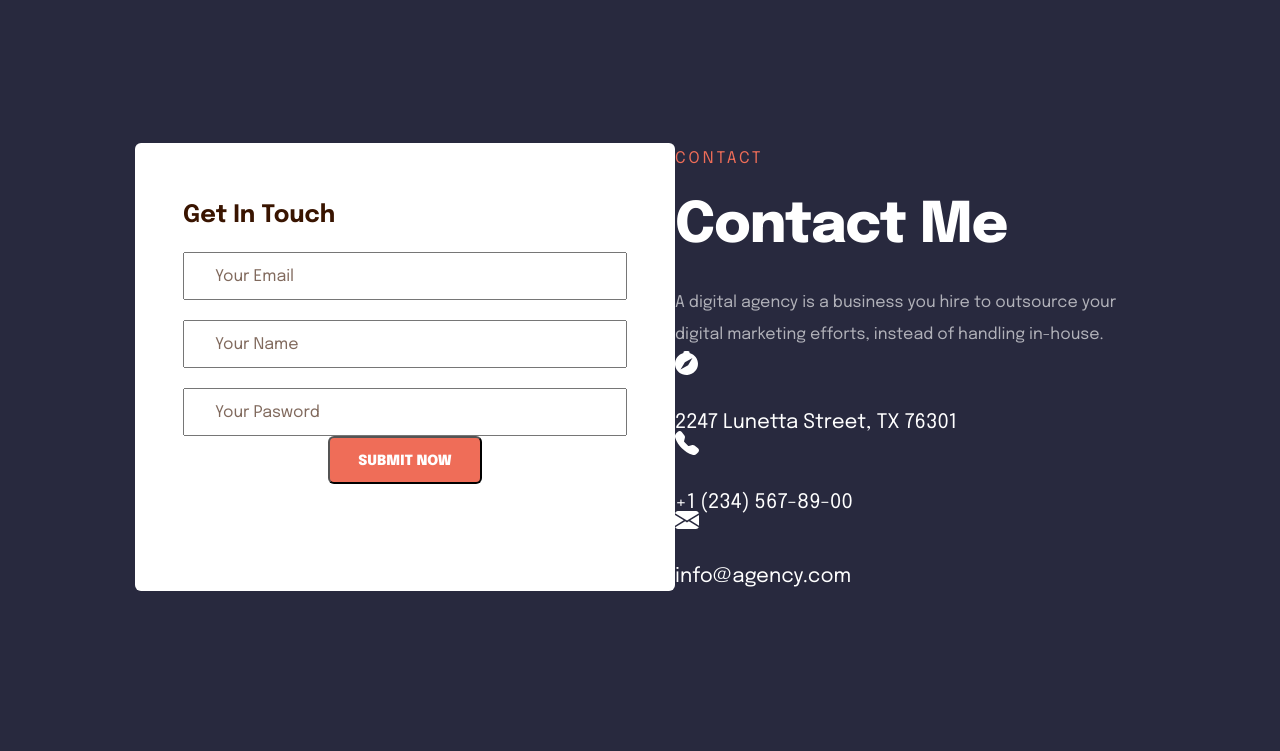
Repository: MehdiKerimov/Figma-Task-14
Page: index.html
These files come from the project's save history. The page is drawn as it stood at one moment and after the next save; the edit follows.
The browser window is 1280 px wide. The pictures show the whole page.

Above is the page before, as saved 2023-10-07 15:30:28.

After the next save:
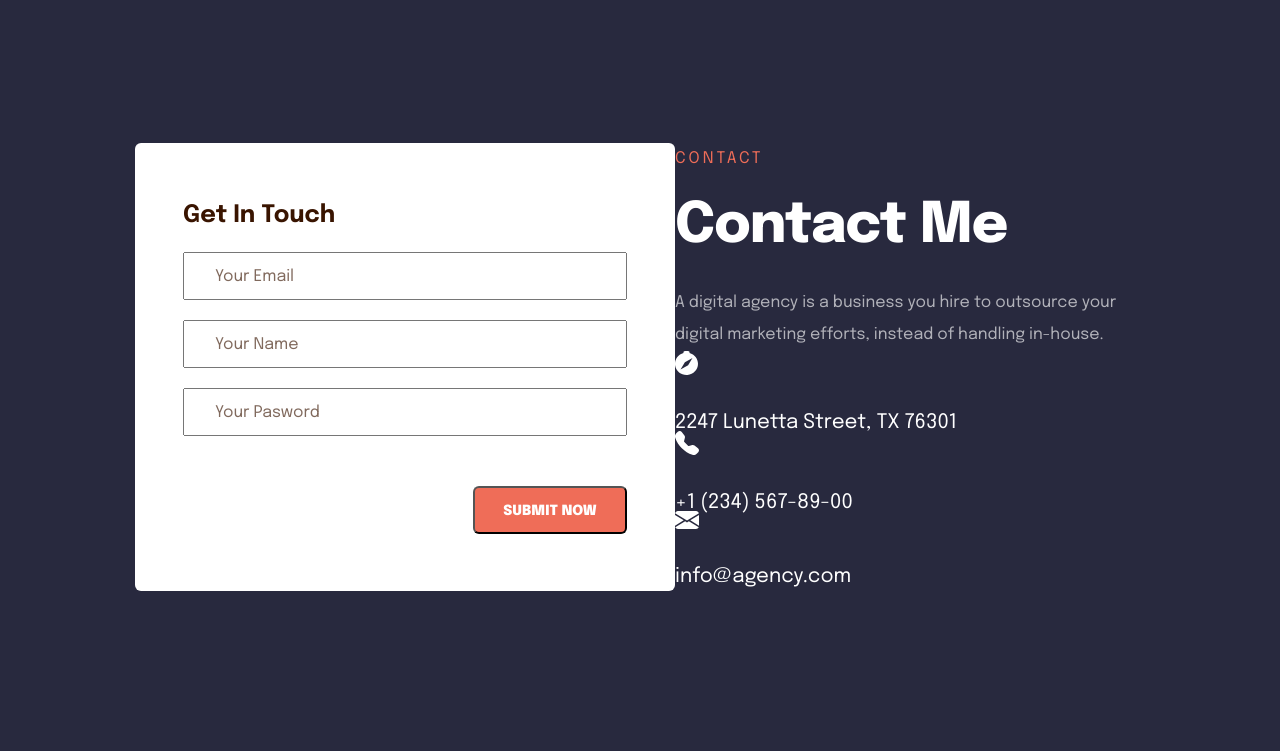
Saved 7 s later.
--- a/index.css
+++ b/index.css
@@ -52,7 +52,8 @@ input::placeholder {
   line-height: 32px;
 }
 .container .box-container button {
-  marg
+  margin-left: auto;
+  display:block;
   margin-top: 50px;
   width: 154px;
   height: 48px;
